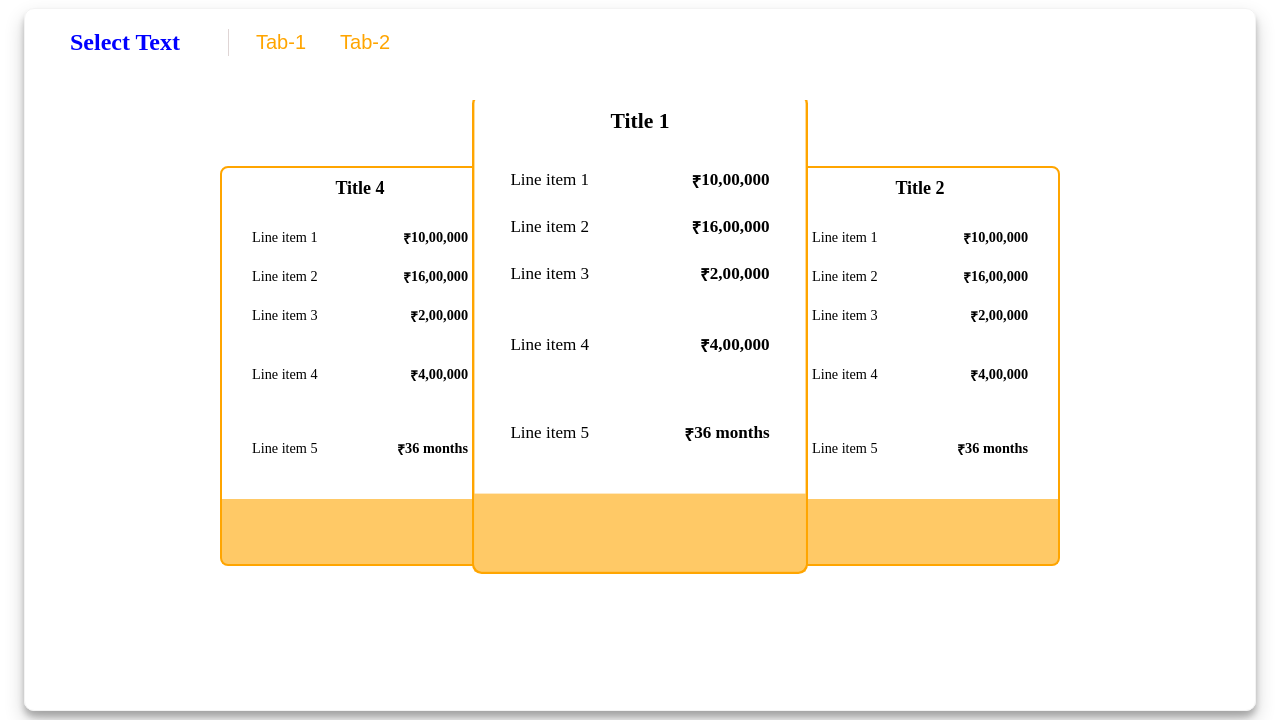
Repository: Adityanarayan-tiwari/Cardbox
Page: index.html
These files come from the project's save history. The page is drawn as it stood at one moment and after a run of saves; the edit follows.
The browser window is 1280 px wide. The pictures show the whole page.

Above is the page before, as saved 2020-07-25 15:41:23.

### index.html
<!DOCTYPE html>
<html lang="en">
<head>
    <meta charset="UTF-8">
    <meta name="viewport" content="width=device-width, initial-scale=1.0">
    <title>CardBox</title>
    <link rel="stylesheet" href="./index.css">
</head>
<body>




    <!-- Page Wrapper -->
    <div class="page-wrapper">
        <div class="page-heading" id="myDIV">
            <h2>Select Text</h2>
            <button class="prev btn">Tab-1</button>
            <button class="next btn">Tab-2</button>
        </div>

        <!-- Card Slider -->
        <div class="card-slider">

            <!--  Card Wrapper -->
                <div class="card-wrapper">
                    <div class="card">
                        <h3>Title 1</h3>
                    <div class="card-content">
                        <ul>
                            <li>Line item 1</li>
                            <li><span>&#8377</span>10,00,000</li>
                        </ul>
                        <ul>
                            <li>Line item 2</li>
                            <li><span>&#8377</span>16,00,000</li>
                        </ul>
                        <ul>
                            <li>Line item 3</li>
                            <li><span>&#8377</span>2,00,000</li>
                        </ul>
                        <ul>
                            <li>Line item 4</li>
                            <li><span>&#8377</span>4,00,000</li>
                        </ul>
                        <ul>
                            <li>Line item 5</li>
                            <li><span>&#8377</span>36 months</li>
                        </ul>
                    </div>
                    <div class="lower"></div>
                    </div>
                    <div class="card">
                        <h3>Title 2</h3>
                    <div class="card-content">
                        <ul>
                            <li>Line item 1</li>
                            <li><span>&#8377</span>10,00,000</li>
                        </ul>
                        <ul>
                            <li>Line item 2</li>
                            <li><span>&#8377</span>16,00,000</li>
                        </ul>
                        <ul>
                            <li>Line item 3</li>
                            <li><span>&#8377</span>2,00,000</li>
                        </ul>
                        <ul>
                            <li>Line item 4</li>
                            <li><span>&#8377</span>4,00,000</li>
                        </ul>
                        <ul>
                            <li>Line item 5</li>
                            <li><span>&#8377</span>36 months</li>
                        </ul>
                    </div>
                    <div class="lower"></div>
                    </div>
                    <div class="card">
                        <h3>Title 3</h3>
                    <div class="card-content">
                        <ul>
                            <li>Line item 1</li>
                            <li><span>&#8377</span>10,00,000</li>
                        </ul>
                        <ul>
                            <li>Line item 2</li>
                            <li><span>&#8377</span>16,00,000</li>
                        </ul>
                        <ul>
                            <li>Line item 3</li>
                            <li><span>&#8377</span>2,00,000</li>
                        </ul>
                        <ul>
                            <li>Line item 4</li>
                            <li><span>&#8377</span>4,00,000</li>
                        </ul>
                        <ul>
                            <li>Line item 5</li>
                            <li><span>&#8377</span>36 months</li>
                        </ul>
                    </div>
                    <div class="lower"></div>
                    </div>
                    <div class="card">
                        <h3>Title 4</h3>
                    <div class="card-content">
                        <ul>
                            <li>Line item 1</li>
                            <li><span>&#8377</span>10,00,000</li>
                        </ul>
                        <ul>
                            <li>Line item 2</li>
                            <li><span>&#8377</span>16,00,000</li>
                        </ul>
                        <ul>
                            <li>Line item 3</li>
                            <li><span>&#8377</span>2,00,000</li>
                        </ul>
                        <ul>
                            <li>Line item 4</li>
                            <li><span>&#8377</span>4,00,000</li>
                        </ul>
                        <ul>
                            <li>Line item 5</li>
                            <li><span>&#8377</span>36 months</li>
                        </ul>
                    </div>
                    <div class="lower"></div>
                    </div>
                </div>
            <!-- // Card Wrapper -->

        </div>
        <!-- // Card Slider -->

    </div>
    <!-- // Page Wrapper -->







    <!-- JQuery cdn Link -->
    <script src="https://code.jquery.com/jquery-3.5.1.slim.min.js"></script>

    <!-- Slick Carousel JS cdn Link -->
    <script type="text/javascript" src="https://cdn.jsdelivr.net/npm/slick-carousel@1.8.1/slick/slick.min.js"></script>

    <!-- Custom JavaScript -->
    <script src="./index.js"></script>
</body>
</html>

### index.css

.page-wrapper{
    max-width: 1200px;
    margin: 0 auto;
    padding: 0 15px;
    border: 1px solid #f3f3f3;
    box-shadow: 0 10px 20px rgba(0,0,0,0.19), 0 6px 6px rgba(0,0,0,0.23);
    border-radius: 10px;
}

.page-heading{
    display: flex;
}
.page-heading h2 {
    margin: 20px 30px;
    color: blue;
    padding-right: 4%;
    border-right: 1px solid rgb(223, 213, 213);
    margin-right: 10px;
}
.page-heading .next,.prev {
    margin: 10px;
    display: block;
    background: transparent;
    border: 1px solid transparent;
    color: orange;
    font-size: 20px;
    outline: none;
    cursor: pointer;
}
/* .page-heading .next:hover{
    text-decoration: underline;
}
.page-heading .prev:hover{
    text-decoration: underline;
} */



.card-slider{
    margin: 2% auto 0% auto;
    /* background-color:yellowgreen; */
    /* border: 1px solid black;     */
}
.card-slider .card-wrapper{
    width: 70%;
    height: 550px;
    margin: 0 auto;
    overflow: hidden;
    /* background-color: bisque; */
    /* border:1px solid green; */
    padding: 3% 0 2% 0%;
}


.card-slider .card-wrapper .card{
    max-width: 300px;
    min-height: 400px;
    margin: 30px 0px 20px 0px;

    border: 2px solid orange;
    border-radius: 8px;
    background:white;
    outline: none;
    box-sizing:border-box;

    display: inline-block;
    position: relative;
}



.card h3{
    font-size: 18px;
    margin:0 auto;
    margin-top: 10px;
    margin-bottom:0px;
    text-align: center;
}


.card-content{
    padding: 20px 10px;
    padding-bottom: 60px;
}
.card-content ul{
    padding: 0;
    margin: 0;
    padding: 10px 0;
    display: flex;
    justify-content: space-between;
}
.card-content ul li{
    list-style: none;
    display: flex;
    padding: 0 20px;
    font-size: 0.89em;
}
.card-content ul li:nth-child(2){
    font-weight: bold;
}

.card-content ul:nth-child(4) {
    padding-top: 30px;
    padding-bottom: 35px;
}
.card-content ul:nth-child(5){
    padding-top: 20px;
    padding-bottom: 5px;
}
.lower {
    width: 100%;
    background: orange;
    height: 65px;
    box-sizing: border-box;
    position: absolute;
    bottom: 0;
    padding-top: 10px;
    opacity: .6;
}


    /* card hover  */

    /* .card:hover:after{
    position: absolute;
    content:'';
    bottom:-15px;
    width: 100%;
    height: 6px;
    border-radius: 40%;
    background:rgb(247, 243, 243);
} */





.card:hover {
    transform:  translateX(0px) translateY(-32px) translateZ(0px) scale(1.2);
    transition: 1s ease-in-out;
    z-index: 1;
}

.card:hover h3{
    background: orange;
    border-radius: 20px;
    color: white;
    padding: 1% 3% 4% 3%;
    position: absolute;
    top: -3%;
    left: 50%;
    transform: translate(-50%,-50%);
    width: 150px;
}
.card:hover .middle {
    padding-top: 50px;
    padding-bottom: 60px;
}


.slick-slide + .slick-slide {
    pointer-events: none;
}
.slick-slide + .slick-current  {
    pointer-events: fill;
}



.card-wrapper .card:nth-child(1){
    order: 1;
    /* pointer-events: none; */
}
.card-wrapper .card:nth-child(2){
    order: 2;
}





/* mystyle */


.btnactive {
    text-decoration: underline;
  }


.active{
    transform:  translateX(0px) translateY(-32px) translateZ(0px) scale(1.2);
    transition: 1s ease-in-out;
    z-index: 1;
}
.slick-center{
    transform:  translateX(0px) translateY(-32px) translateZ(0px) scale(1.2);
    transition: 1s ease-in-out;
    z-index: 1;
}
.active:after{
    position: absolute;
    content:'';
    bottom:-15px;
    width: 100%;
    height: 6px;
    border-radius: 40%;
    background:rgb(247, 243, 243);
}

### index.js

// Add active class to the current button (highlight it)
var header = document.getElementById("myDIV");
var btns = header.getElementsByClassName("btn");
for (var i = 0; i < btns.length; i++) {
  btns[i].addEventListener("click", function() {
  var current = document.getElementsByClassName("btnactive");
  if (current.length > 0) {
    current[0].className = current[0].className.replace(" btnactive", "");
  }
  this.className += " btnactive";
  });
}

function myFunction() {
    var  name, arr;
    var btnselement = getElementsByClassName("slick-center");
    name = "active";
    arr = btnselement.className.split(" ");
    if (arr.indexOf(name) == -1) {
        btnselement.className += " " + name;
    }
  }







$(document).ready(function(){
    $('.card-wrapper').slick({

    slidesToShow: 3,
    slidesToScroll: 1,

    accessibility: true,
    adaptiveHeight: true,
    centerMode: true,
    centerPadding: '0px',

    nextArrow:$('.next'),
    prevArrow:$('.prev'),
    responsive: [
    {
        breakpoint: 1240,
        settings: {
            arrows: true,
            slidesToShow: 3
        }
        },
        {
        breakpoint: 768,
        settings: {
            arrows: false,
            slidesToShow: 3
        }
        },
        {
        breakpoint: 480,
        settings: {
            arrows: false,
            slidesToShow: 1
        }
        }
    ]

    });
    // $('.card-wrapper').on('afterChange', function(event, slick, currentSlide){
    //     $('.card').removeClass('active');
    //     $('.card').addClass('active');
    // });

    // $('.card-wrapper').on('beforeChange', function(event, slick, currentSlide){
    //     $('.card').removeClass('active');
    //     $('.card').addClass('active');
    // });

});

After the next 2 saves:
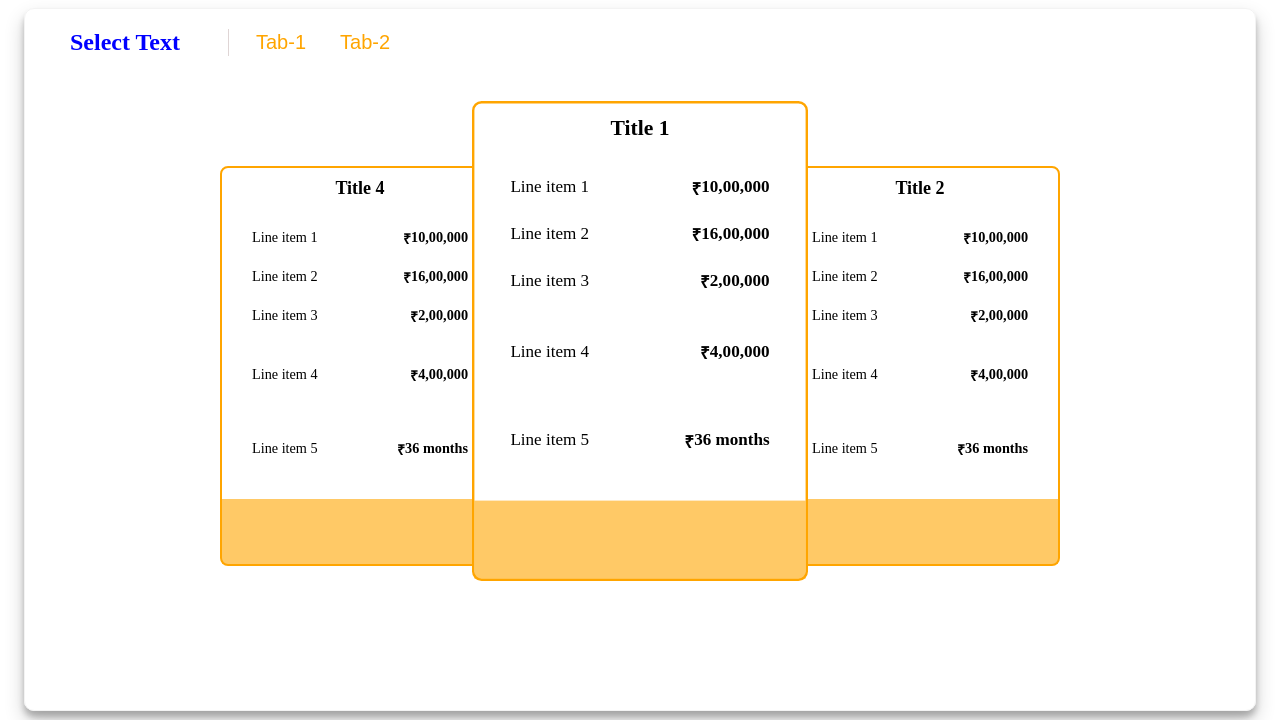
The 2 saves are shown as one change because they came seconds apart.
The last was saved 27 s later.
--- a/index.css
+++ b/index.css
@@ -194,7 +194,7 @@
     z-index: 1;
 }
 .slick-center{
-    transform:  translateX(0px) translateY(-32px) translateZ(0px) scale(1.2);
+    transform:  translateX(0px) translateY(-25px) translateZ(0px) scale(1.2);
     transition: 1s ease-in-out;
     z-index: 1;
 }
